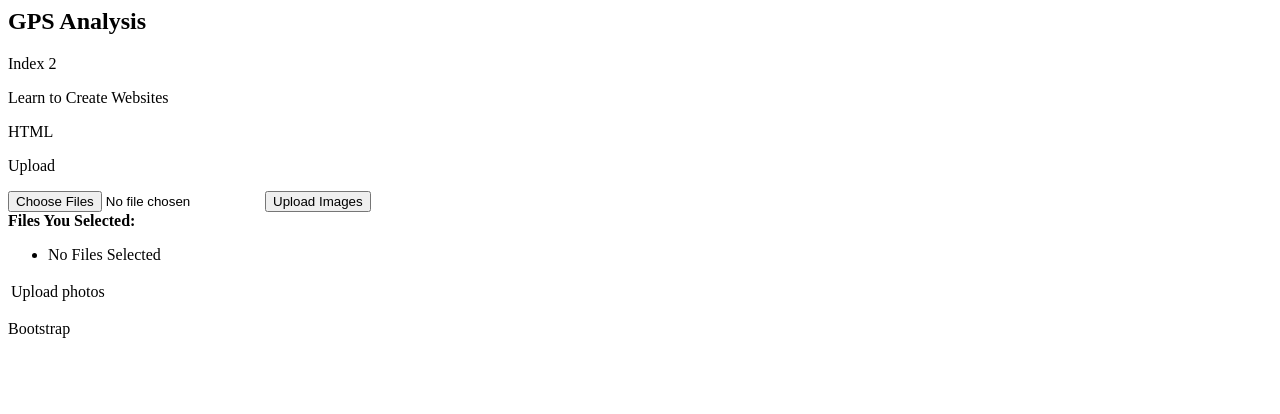
Repository: hanjangchen/Raspberry
Page: prjGAEGPSAnalysis/prjGPSAnalysis/src/static/my_ng_templates/desktop/index_2.html
The author's editor kept a copy of each file at every save. The page is drawn from the files as they stood at one save, then again after the next save.
The browser window is 1280 px wide. The pictures show the whole page.

Above is the page before, as saved 2014-11-02 19:18:55.
Console error: ReferenceError: $ is not defined

After the next save:
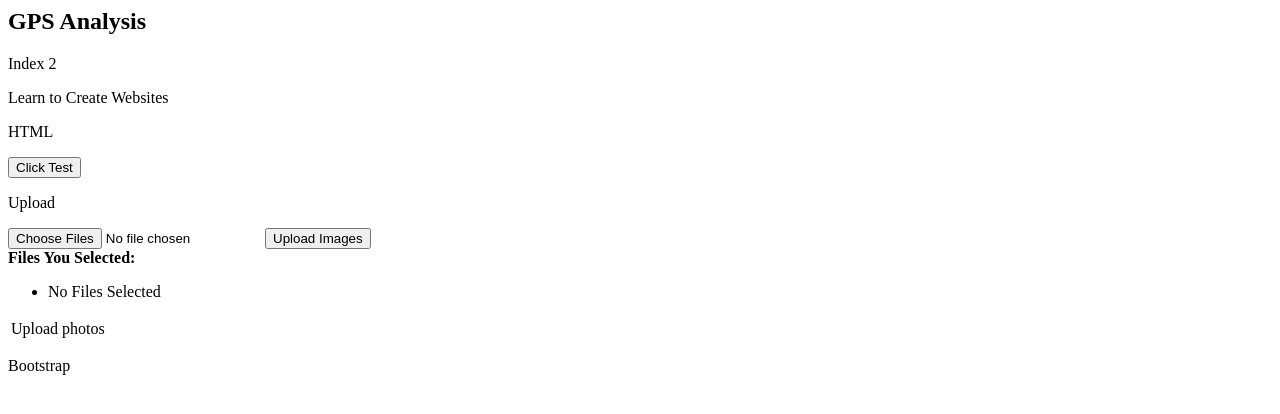
Saved 65 s later.
--- a/prjGAEGPSAnalysis/prjGPSAnalysis/src/static/my_ng_templates/desktop/index_2.html
+++ b/prjGAEGPSAnalysis/prjGPSAnalysis/src/static/my_ng_templates/desktop/index_2.html
@@ -14,6 +14,7 @@
 	<div class="row">
 		<div class="col-xs-4 col-sm-4 col-md-4 col-lg-4 ">
 			<p>HTML</p>
+			<input type="button" value="Click Test" ng-click= "myIndexTwoCtrl.upload_img_to_blobstore">
 		</div>
 		<div class="col-xs-4 col-sm-4 col-md-4 col-lg-4">
 			<p>Upload</p>
